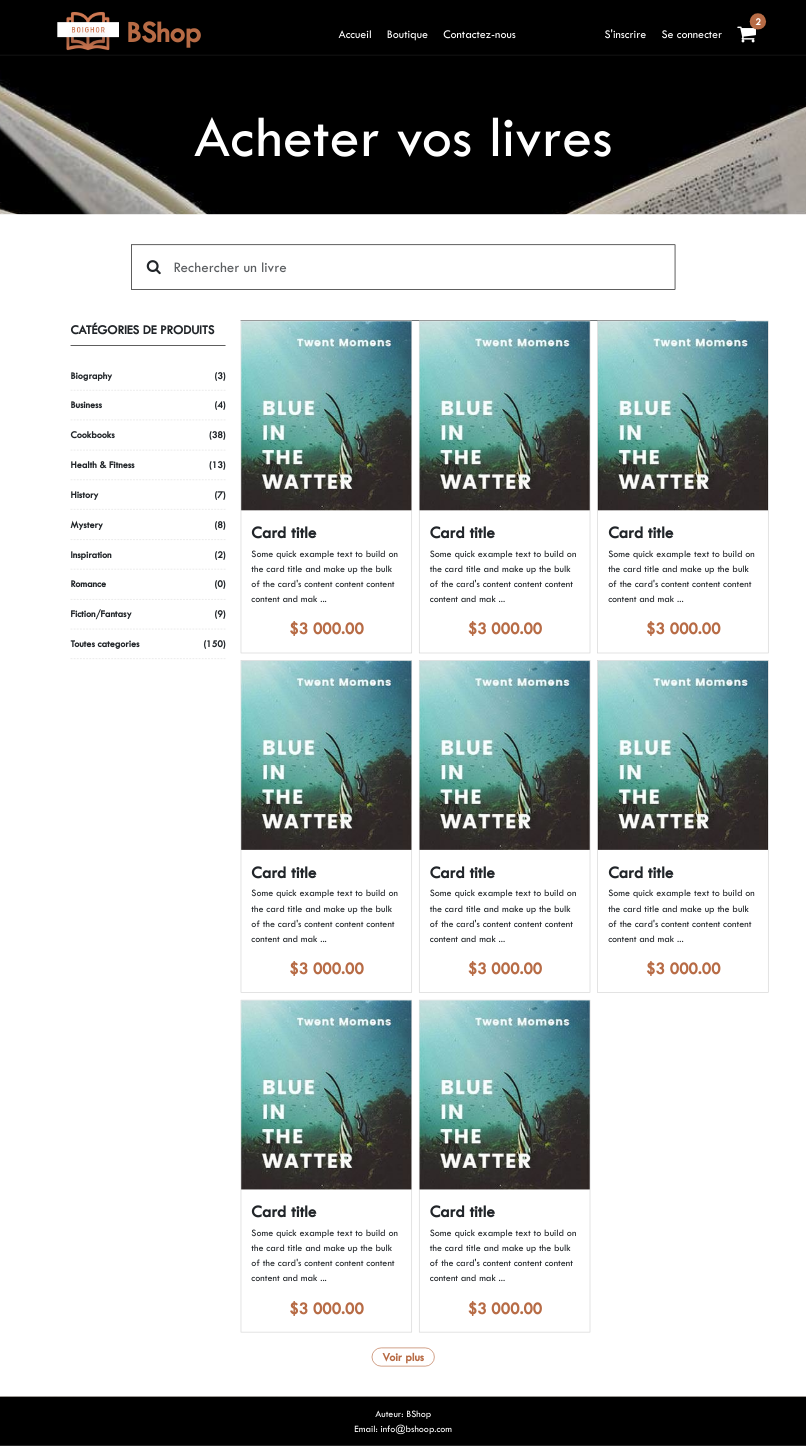
Repository: padevft/e-commerce-php
Page: http://localhost/server/pages/shop.php
The author's editor kept a copy of each file at every save. The page is drawn from the files as they stood at one save, then again after a run of saves.
The browser window is 1280 px wide. The pictures show the whole page, at 63% of full size.
The page is run by PHP 8.4 with error messages shown; the project is at /var/www/html/.

Above is the page before, as saved 2023-09-18 13:54:05.

After the next 2 saves:
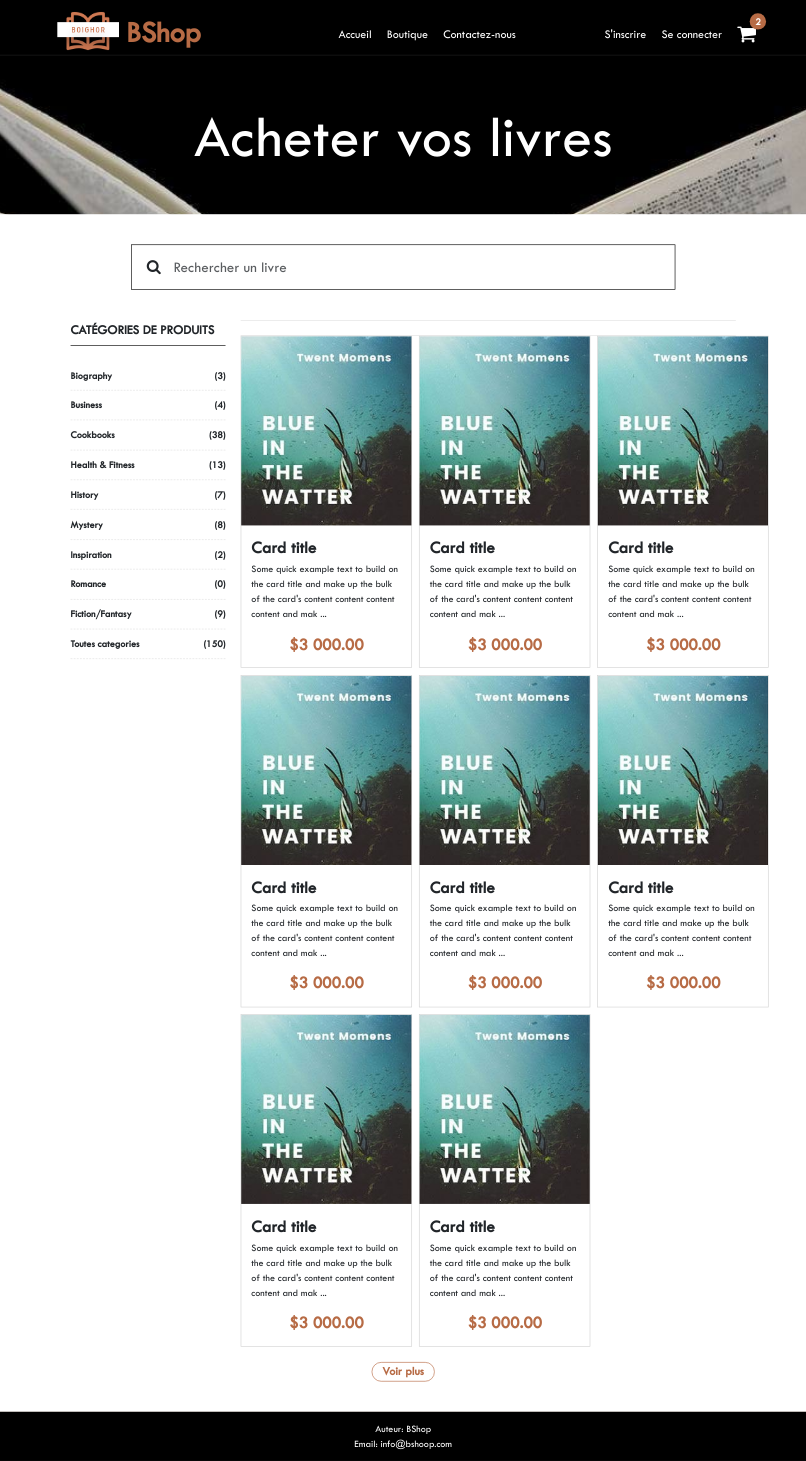
The 2 saves are shown as one change because they came seconds apart.
The last was saved 36 s later.
--- a/client/css/styles.css
+++ b/client/css/styles.css
@@ -355,8 +355,9 @@ shop
 }
 
 .container-header-product{
-
-  border-top: 1px solid
+  padding: 0.7rem 0;
+  border-top: 1px solid var(--color-dashed);
+  border-bottom: 1px solid var(--color-dashed);
 }
 
 
